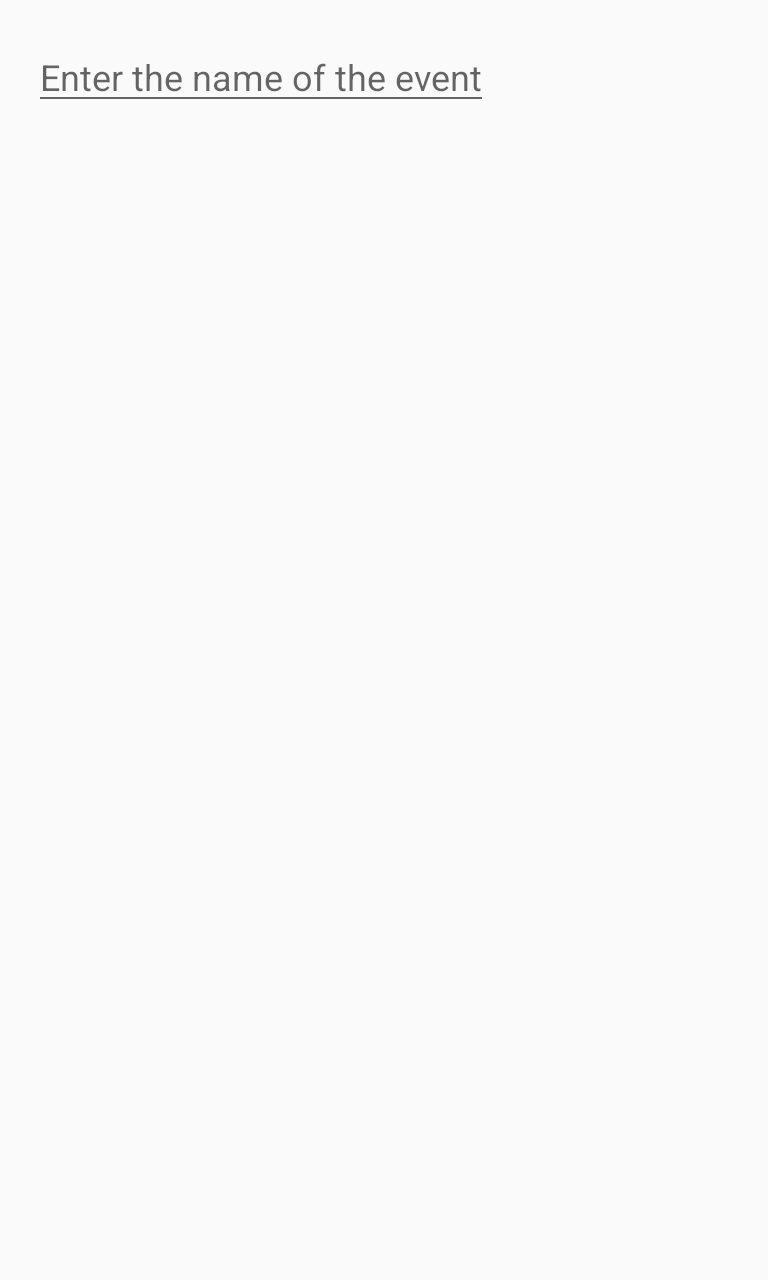
Repository: wisingd/Dajoroli
Layout: Workspace/SplitIt/res/layout/fragment_event_creater.xml
These files come from the project's save history. The layout is drawn as it stood at one moment and after the next save; the edit follows.
It is drawn on a 768 x 1280 px phone screen (xhdpi) without system bars, with theme AppTheme; the app's code is not run.

Above is the layout before, as saved 2014-05-17 12:05:28.

### Workspace/SplitIt/res/layout/fragment_event_creater.xml
<RelativeLayout xmlns:android="http://schemas.android.com/apk/res/android"
    xmlns:tools="http://schemas.android.com/tools"
    android:layout_width="match_parent"
    android:layout_height="match_parent"
    android:paddingBottom="@dimen/activity_vertical_margin"
    android:paddingLeft="@dimen/activity_horizontal_margin"
    android:paddingRight="@dimen/activity_horizontal_margin"
    android:paddingTop="@dimen/activity_vertical_margin"
    tools:context="com.example.splitit.EventCreater$PlaceholderFragment" >

    <EditText
        android:id="@+id/contact_name"
        android:layout_width="wrap_content"
        android:layout_height="wrap_content"
        android:hint="@string/event_name" />

</RelativeLayout>

### Workspace/SplitIt/res/values/strings.xml
<?xml version="1.0" encoding="utf-8"?>
<resources>

    <string name="app_name">Split It</string>
    <string name="action_settings">Settings</string>
    <string name="contact_name">Contact name</string>
    <string name="button_create_contact">Create contact!</string>
    <string name="title_activity_display_message">New Activity</string>
    <string name="information_text">Amount to the left, contact to the right</string>
    <string name="view_contacts">View contacts</string>
    <string name="amount">Amount</string>
    <string name="contact">Name</string>
    <string name="they_owe_me">They owe me</string>
    <string name="i_owe_them">I owe them</string>
    <string name="startDebtMenu">Debt menu</string>
    <string name="startContactMenu">Contact menu</string>
    <string name="number">Contact phone number</string>
    <string name="erase_contacts">Erase contacts</string>
    <string name="name">Name</string>
    <string name="split_debt">Split a debt</string>
    <string name="title_activity_split_adebt">SplitADebt</string>
    <string name="event_name">Enter the name of the event</string>
    <string name="splitOnThree">Split on these contacts!</string>
    <string name="title_activity_daniels_test">DanielsTest</string>
    <string name="startEvent">Event!</string>
    <string name="title_activity_event_creater">Create event</string>
    <string name="hello_world">Hello world</string>
</resources>

Loaded but not shown: Workspace/SplitIt/res/values/styles.xml (common file); Workspace/SplitIt/res/values-v11/styles.xml (common file); Workspace/SplitIt/res/values-v14/styles.xml (common file); Workspace/SplitIt/res/values/dimens.xml (common file); Workspace/SplitIt/res/values-w820dp/dimens.xml (common file)

After the next save:
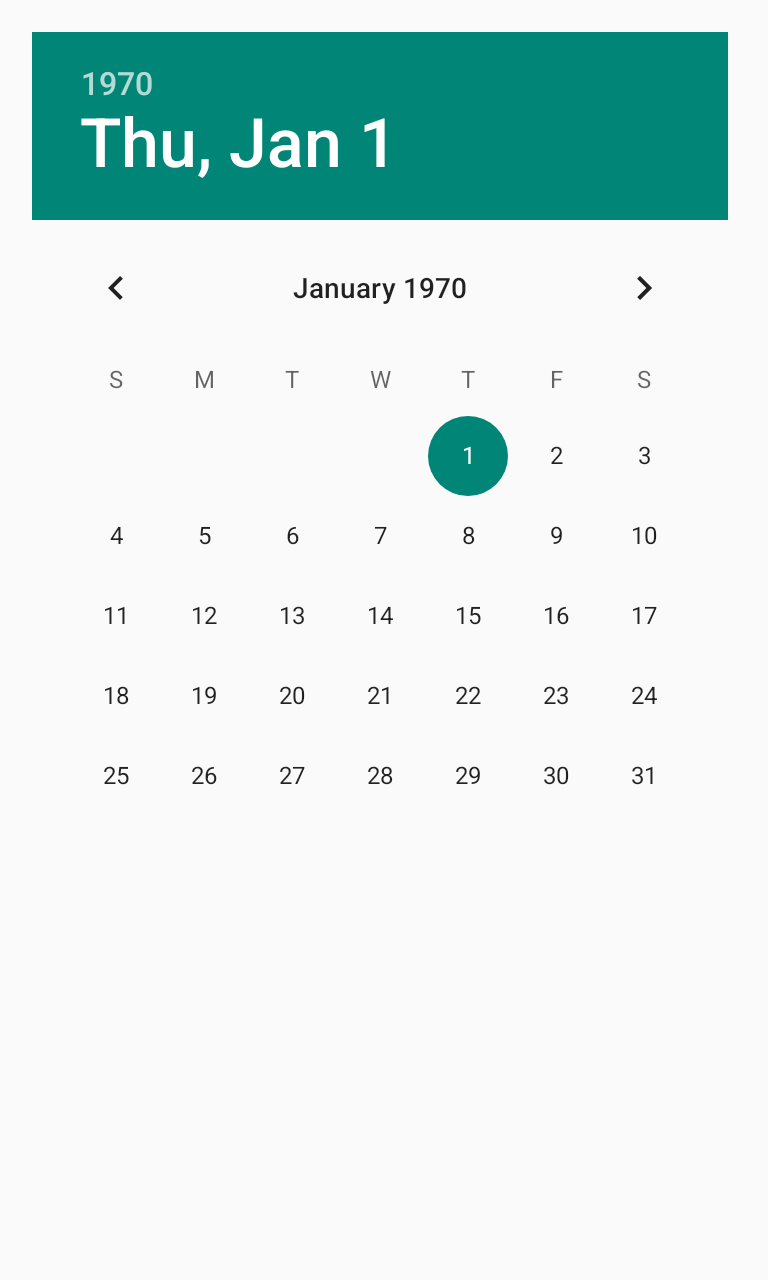
Saved 5 min 31 s later.
--- a/Workspace/SplitIt/res/layout/fragment_event_creater.xml
+++ b/Workspace/SplitIt/res/layout/fragment_event_creater.xml
@@ -9,9 +9,17 @@
     tools:context="com.example.splitit.EventCreater$PlaceholderFragment" >
 
     <EditText
-        android:id="@+id/contact_name"
+        android:id="@+id/event_name"
         android:layout_width="wrap_content"
         android:layout_height="wrap_content"
         android:hint="@string/event_name" />
 
+    <DatePicker
+        android:id="@+id/event_date"
+        android:layout_width="wrap_content"
+        android:layout_height="wrap_content"
+
+
+        />
+
 </RelativeLayout>
